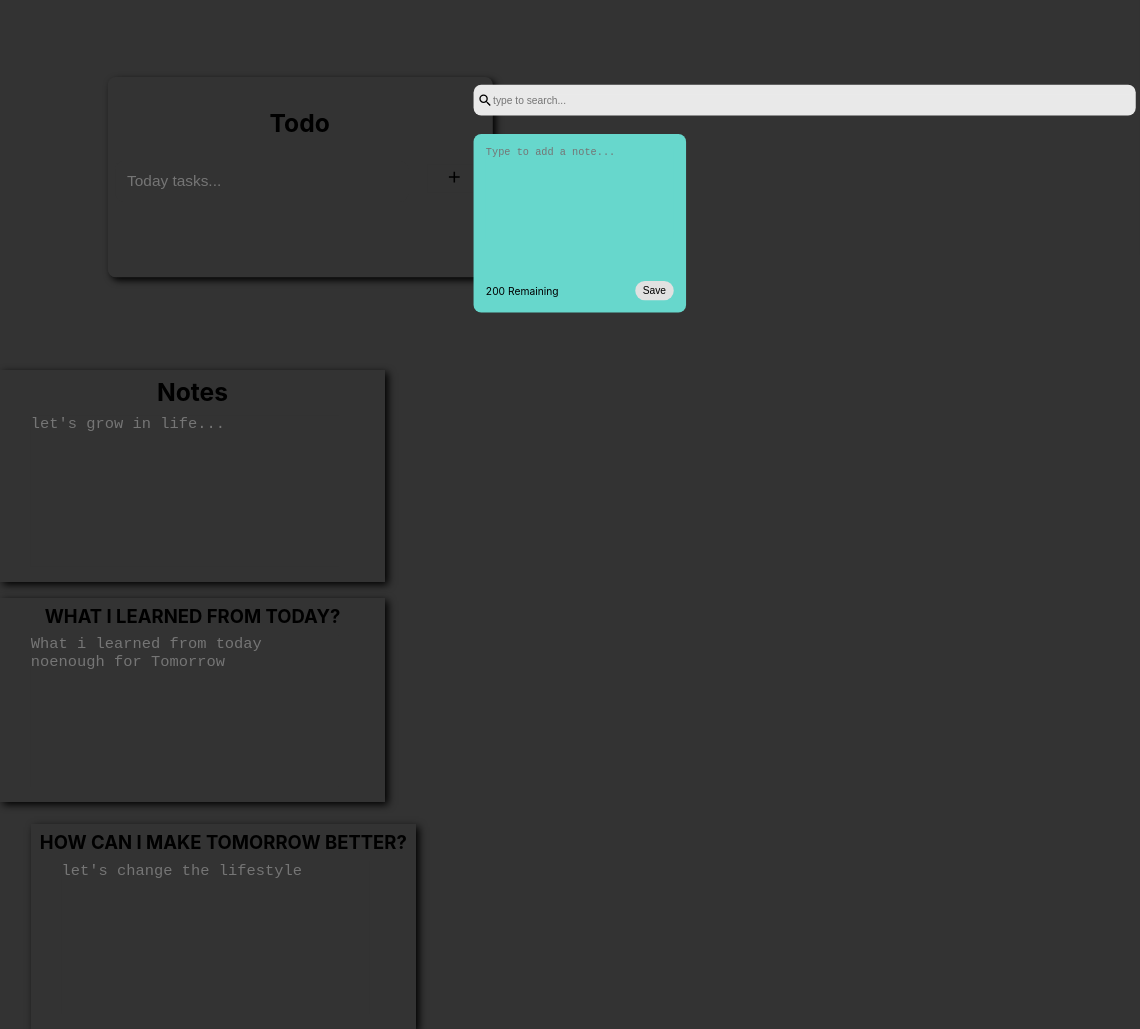
Repository: subhamRsahoo/note
Page: /
These files come from the project's save history. The page is drawn as it stood at one moment and after the next save; the edit follows.
The browser window is 768 px wide. The page is 1480 px wide, so the pictures cover 1480 px, including what lies to the right of the window. The pictures show the whole page, at 77% of full size.
The project was rebuilt for these pictures with package versions that can differ from the ones it lists, and the page was loaded fresh each time. Also part of the build but not shown: src/components/New folder/components/Note.js.

Above is the page before, as saved 2021-07-15 18:38:33.

After the next save:
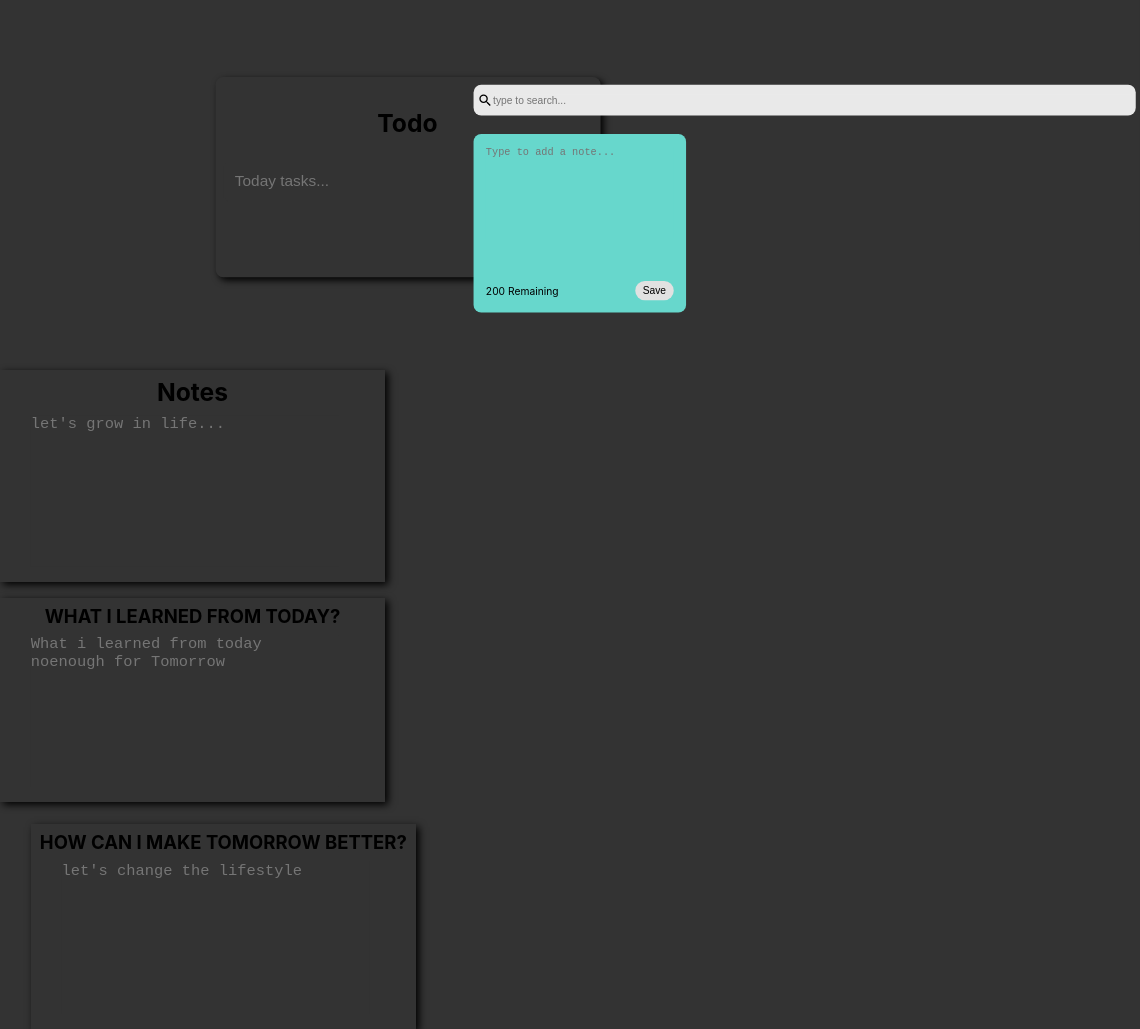
Saved 42 s later.
--- a/src/components/App.css
+++ b/src/components/App.css
@@ -205,6 +205,6 @@ button:focus
     /* min-width: 200px;
     min-height: 260px;
     margin-top: 15px; */
-    left: 140px;
-  }
-}
+    margin-left: 140px;
+  }
+}
